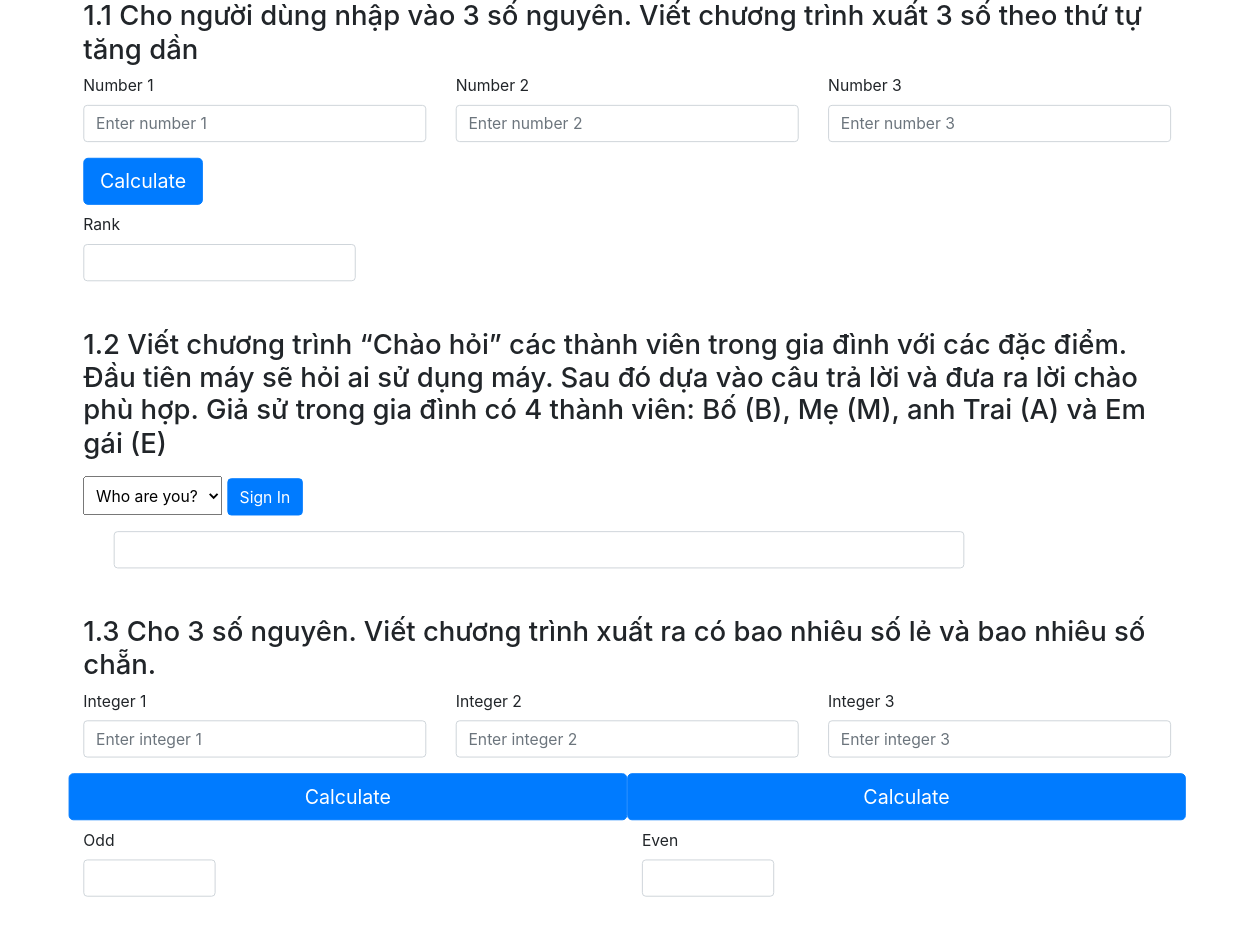
Repository: baobaodeveloper/bootscamp21__jsbasic__HuynhAnhBao
Page: index.html
The author's editor kept a copy of each file at every save. The page is drawn from the files as they stood at one save, then again after the next save.
The browser window is 1280 px wide. The pictures show the whole page, at 98% of full size.

Above is the page before, as saved 2022-03-10 19:05:52.

After the next save:
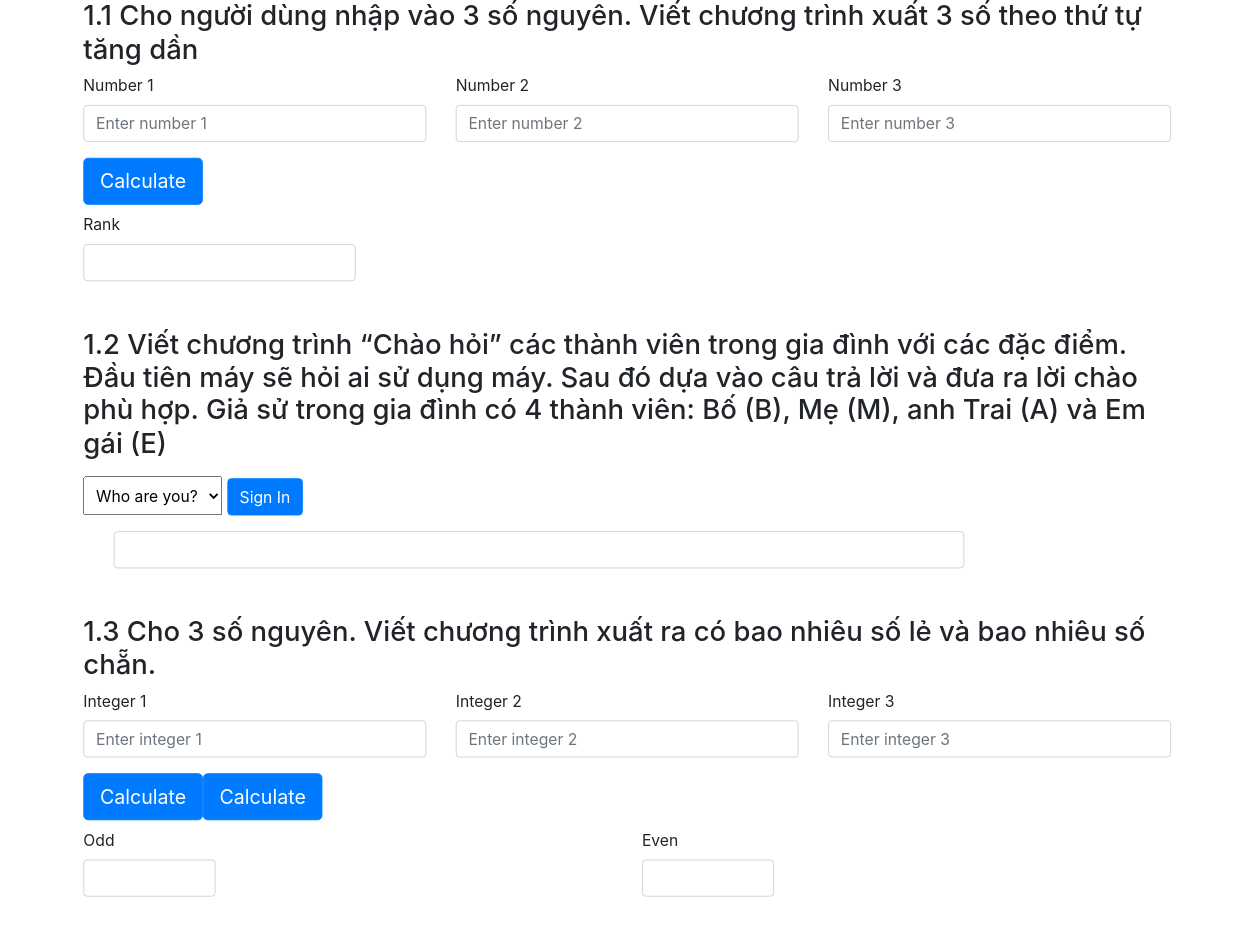
Saved 26 s later.
--- a/index.html
+++ b/index.html
@@ -128,17 +128,17 @@
         </div>
       </div>
 
-      <div class="row">
+      <div class="d-flex">
         <button
           type="button "
-          class="btn btn-primary btn-lg mt-3 mb-2 btn-integer col"
+          class="btn btn-primary btn-lg mt-3 mb-2 btn-integer"
         >
           Calculate
         </button>
 
         <button
           type="button "
-          class="btn btn-primary btn-lg mt-3 mb-2 btn-integer col"
+          class="btn btn-primary btn-lg mt-3 mb-2 btn-integer"
         >
           Calculate
         </button>
